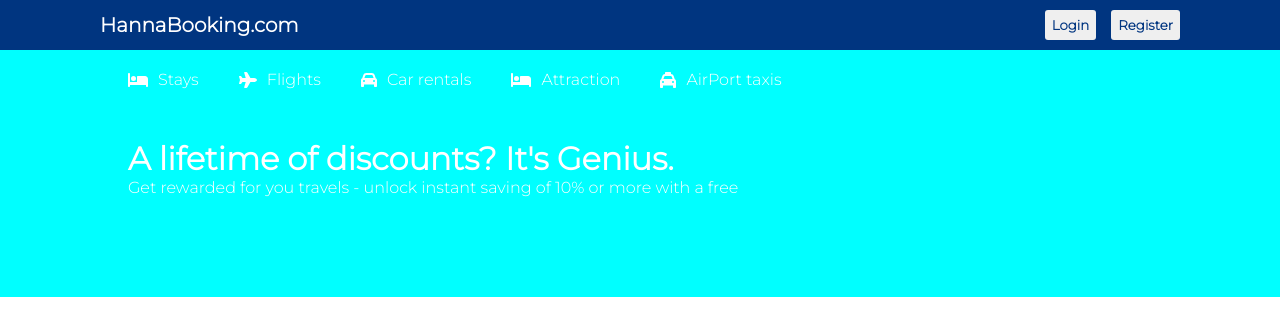
Repository: truongnguyenuit/BookingWebApp
Page: /
These files come from the project's save history. The page is drawn as it stood at one moment and after a run of saves; the edit follows.
The browser window is 1280 px wide. The pictures show the whole page.
The project was rebuilt for these pictures with package versions that can differ from the ones it lists, and the page was loaded fresh each time.

Above is the page before, as saved 2022-05-26 15:36:39.

### public/index.html
<!DOCTYPE html>
<html lang="en">
  <head>
    <meta charset="utf-8" />
    <meta name="viewport" content="width=device-width, initial-scale=1" />
    <meta
      name="description"
      content="Web site created using create-react-app"
    />
    <link
      href="https://fonts.googleapis.com/css2?family=Montserrat:wght@300&display=swap"
      rel="stylesheet"
    >
    <style>
      *{
        font-family: 'Montserrat', sans-serif;
        margin: 0;
      }
    </style>

    <title>HannaBooking</title>
  </head>
  <body>
    <noscript>You need to enable JavaScript to run this app.</noscript>
    <div id="root"></div>
  </body>
</html>

### src/App.js
import Home from "./pages/home/Home";
function App() {
  return (
    <Home />
  );
}

export default App;

### src/pages/home/Home.jsx
import React from 'react'
import Header from '../../components/header/Header';
import Navbar from '../../components/navbar/Navbar';
const Home = () => {
  return (
    <div>
      <Navbar />
      <Header />
    </div>
  )
}
export default Home;

### src/components/header/Header.jsx
import {
    faBed,
    faCalendarDays,
    faCar,
    faPerson,
    faPlane,
    faTaxi,
} from "@fortawesome/free-solid-svg-icons";
import { FontAwesomeIcon } from "@fortawesome/react-fontawesome";
import "./header.css";
// import { DateRange } from "react-date-range";
import { useState } from "react";
// import "react-date-range/dist/styles.css"; // main css file
// import "react-date-range/dist/theme/default.css"; // theme css file
// import { format } from "date-fns";
import { useNavigate } from "react-router-dom";
const Header = ({ type }) => {
    const [destination, setDestination] = useState("");
    const [openDate, setOpenDate] = useState(false);
    const [date, setDate] = useState([
        {
            startDate: new Date(),
            endDate: new Date(),
            key: "selection",
        }
    ]);
    const [openOptions, setOpenOptions] = useState(false);
    const [options, setOptions] = useState({
        adult: 1,
        children: 0,
        room: 1,
    });

    //const navigate = useNavigate();
    return (
        <div className="header">
            <div className="headerContainer">
                <div className="headerList">
                    <div className="headerListItem">
                        <FontAwesomeIcon icon={faBed} />
                        <span>Stays</span>
                    </div>
                    <div className="headerListItem">
                        <FontAwesomeIcon icon={faPlane} />
                        <span>Flights</span>
                    </div>
                    <div className="headerListItem">
                        <FontAwesomeIcon icon={faCar} />
                        <span>Car rentals</span>
                    </div>
                    <div className="headerListItem">
                        <FontAwesomeIcon icon={faBed} />
                        <span>Attraction</span>
                    </div>
                    <div className="headerListItem">
                        <FontAwesomeIcon icon={faTaxi} />
                        <span>AirPort taxis</span>
                    </div>
                </div>
                <>
                    <h1 className="HeaderTitle">
                        A lifetime of discounts? It's Genius.
                    </h1>
                    <p className="headerDesc">
                        Get rewarded for you travels - unlock instant saving of 10% or
                        more with a free
                    </p>
                </>
            </div>
        </div>
    )
}
export default Header;

### src/components/navbar/Navbar.jsx
import React from 'react'
import "./navbar.css"
const Navbar = () => {
  return (
    <div className="navbar">
      <div className="navContainer">
        <span className="logo">HannaBooking.com</span>
        <div className="navItems">
          <button className="navButton">Login</button>
          <button className="navButton">Register</button>
        </div>
      </div>
    </div>
  )
}
export default Navbar;

### src/components/header/header.css
.header {
    background-color:aqua;
    color: white;
    display: flex;
    justify-content: center;
    position: relative;
}
.headerContainer {
    width:  100%;
    max-width: 1024px;
    margin: 20px 0px 100px 0px;
}
.headerList {
    display: flex;
    gap: 40px;
    margin-bottom: 50px;
}
.headerListItem {
    display: flex;
    align-items: center;
    gap: 10px;
}

### src/components/navbar/navbar.css
.navbar {
    height: 50px;
    background-color: #003580;
    display: flex;
    justify-content: center;
}
.navContainer {
    width: 100%;
    display: flex;
    justify-content: space-between;
    align-items: center;
    padding-left: 100px;
    padding-right: 100px;
}
.logo {
    font-weight: bold;
    font-size:20px ;
    color: white;
}
/* .navItems {
    width: 10.5%;
    display: flex;
    justify-content: space-between;
} */
.navButton {
    padding: 7px;
    border: none;
    border-radius: 3px;
    font-weight: bold;
    color: #003580;
    margin-left: 15px;
}

Loaded but not shown: src/index.js (common file)

After the next 2 saves:
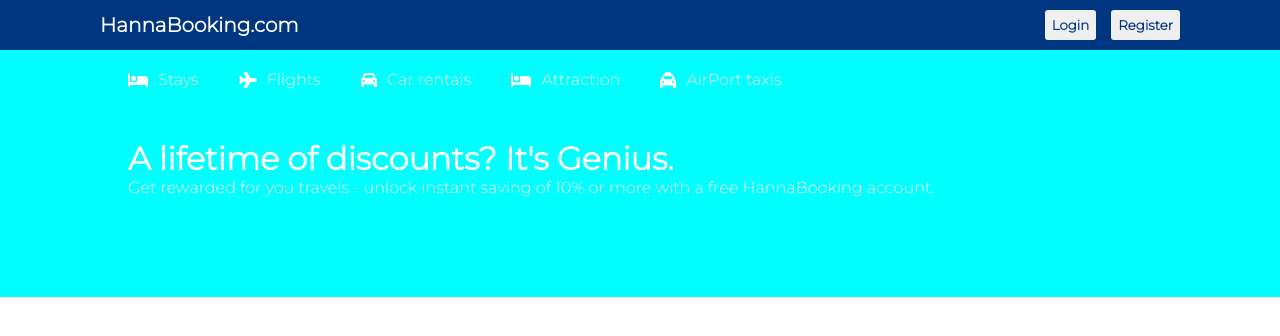
The 2 saves are shown as one change because they came seconds apart.
The last was saved 10 s later.
--- a/src/components/header/Header.jsx
+++ b/src/components/header/Header.jsx
@@ -63,7 +63,7 @@ const Header = ({ type }) => {
                     </h1>
                     <p className="headerDesc">
                         Get rewarded for you travels - unlock instant saving of 10% or
-                        more with a free
+                        more with a free HannaBooking account.
                     </p>
                 </>
             </div>
